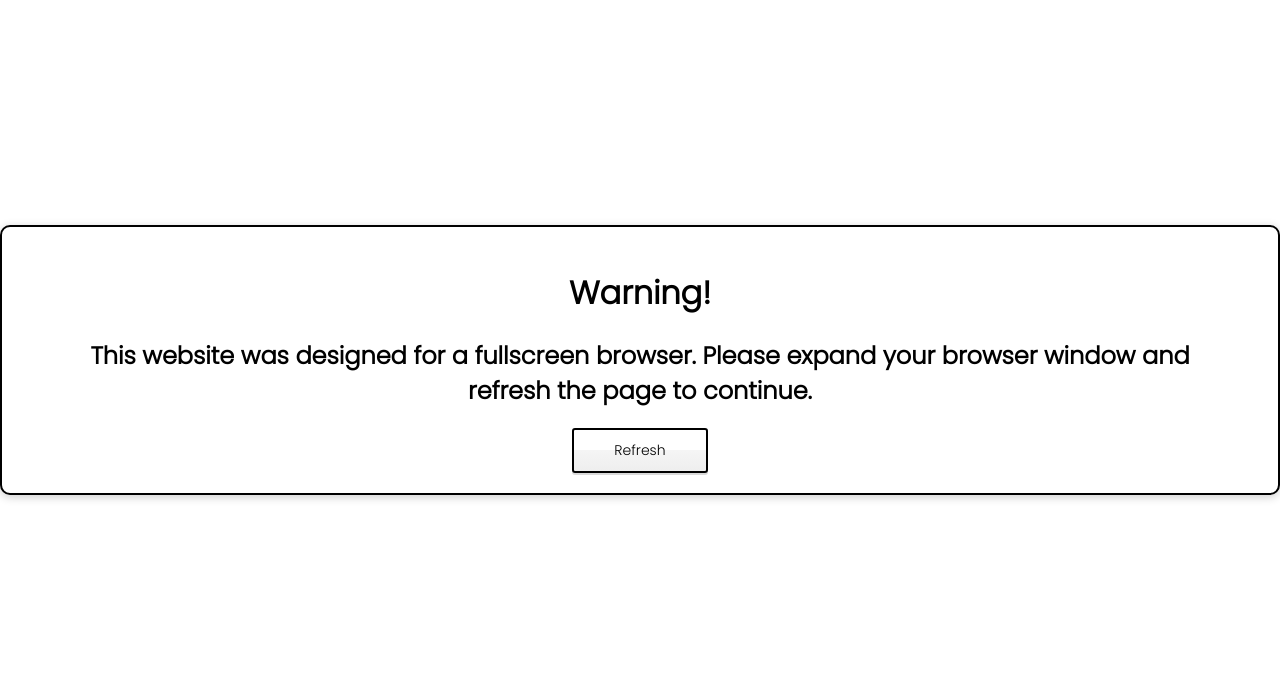
Repository: notMaximilian/maximilianaquino.github.io
Page: index.html
The author's editor kept a copy of each file at every save. The page is drawn from the files as they stood at one save, then again after a run of saves.
The browser window is 1280 px wide. The pictures show the whole page.

Above is the page before, as saved 2022-02-04 09:40:27.
Console error: TypeError: Cannot read properties of null (reading 'style')

### index.html
<!DOCTYPE html>
<html lang="en">

<head>
  <meta charset="UTF-8">
  <meta name="viewport" content="width=device-width, initial-scale=1.0">
  <title>Max Aquino</title>
  <link rel="preconnect" href="https://fonts.googleapis.com">
  <link rel="preconnect" href="https://fonts.gstatic.com" crossorigin>
  <link href="https://fonts.googleapis.com/css2?family=Poppins:wght@300&display=swap" rel="stylesheet">
  <link rel="stylesheet" href="css/main.css">
</head>

<body>

  <div class="intro">
    <h1 class="name-header">
      <span class="name">Max</span><span class="name">imilian</span>
    </h1>
  </div>

  <div class="additional">

  </div>


  <div class="wrap">
    <div class="game-wrapper">
      <div class="game"></div>
      <img class="corners" src="img/corner-test.png">
      <div class="congratulations">
        <h1>Warning!</h1>
        <h2>This website was designed for a fullscreen browser. Please expand your browser window and refresh the page to continue. </h2>
        <button class="btn" onclick="window.location.reload()">Refresh</button>
      </div>
      <div class="game-over">
        <h1>GAME OVER</h1>
        <h2>You lost the game</h2>
        <button class="btn" onclick="window.location.reload()">Restart</button>
      </div>
    </div>
  </div>

  <!-- Maximilian Fade in and out -->


  <script src="js/app.js"></script>
  <!-- <script src="js/game.js"></script> -->
</body>

</html>

### css/main.css
html,
body {
  height: 100%;
  overflow: hidden;
}

body {
  margin: 0;
  font: 16px sans-serif;
}

.wrap {
  display: flex;
  flex-direction: column;
  height: 100%;
}


.game-wrapper {
  flex: 1;
  display: flex;
  justify-content: center;
  align-items: center;
  background: #ffffff;
}
.game {
  width: 100%;
  height: 100%;

  box-shadow: 0 2px 10px black;
  position: absolute;
}

@keyframes scroll-background {
  from {
    background-position-y: 0px;
  }
  to {
    background-position-y: 256px;
  }
}

.game .enemy {
  position: absolute;
  margin-left: -20px;
  margin-top: -18px;
  width: 40px;
}

.game .player {
  position: absolute;
  margin-left: -20px;
  width: 40px;
}

.game .laser {
  position: absolute;
  margin-left: -2.5px;
  height: 30px;
}

.game .enemy-laser {
  position: absolute;
  margin-left: -2.5px;
  height: 30px;
}

.congratulations {
  display: none;
  position: absolute;
  background: #ffffff;
  color: black;
  padding: 20px 50px;
  box-shadow: 0 2px 10px rgba(0, 0, 0, 0.2);
  border: 2px solid black;
  border-radius: 10px;
  text-align: center;
  animation: pop-in 1s;
  font-family: "Poppins", sans-serif;
}

.game-over {
  display: none;
  position: absolute;
  background: #6b1818;
  color: white;
  padding: 20px 50px;
  box-shadow: 0 2px 10px rgba(0, 0, 0, 0.2);
  border-radius: 10px;
  text-align: center;
  animation: pop-in 1s;
}

.btn {
  border: 2px solid black;
  border-radius: 3px;
  box-shadow: 0 2px rgba(0, 0, 0, 0.15);
  background: linear-gradient(
    to bottom,
    #fff 0%,
    #fff 49%,
    #f5f5f5 50%,
    #eee 100%
  );
  padding: 10px 40px;
  font-family: "Poppins", sans-serif;
  font-size: 14px;
}
@keyframes pop-in {
  0% {
    opacity: 0;
    transform: translate(0, -100px);
  }
  10% {
    opacity: 1;
  }
  50% {
    transform: translate(0, 30px);
  }
  100% {
    transform: translate(0, 0);
  }
}

.intro{
  position: fixed;
  z-index: 1;
  left: 0;
  top: 0;
  width: 100%;
  height: 100vh;
  background-color: black;
  transition: 1s;
}

.name-header{
  position: absolute;
  top: 40%;
  left: 50%;
  transform: translate(-50%, -50%);
  color: #ffffff;
}

.intro h1{
  font-family: "Poppins", sans-serif;
  font-size: 80px;
  margin: 0;
  padding: 0;
}

.name{
  position: relative;
  display: inline-block;
  bottom: -20px;
  opacity: 0;
}

.name.active{
  bottom: 0;
  opacity: 1;
  transition: ease-in-out 0.5s;
}

.name.fade{
  bottom: 150px;
  opacity: 0;
  transition: ease-in-out 0.5s;
}

.corners{
  width: 16vw;
  height: auto;
  transform: translate(-35, 30vh);
}

### js/app.js
const KEY_CODE_LEFT = 37;
const KEY_CODE_RIGHT = 39;
const KEY_CODE_SPACE = 32;
let inverted = false;
const WINDOW_WIDTH = window.innerWidth - 50;
const WINDOW_HEIGHT = window.innerHeight;

const ROCKET_WIDTH = 20;
const ROCKET_MAX_SPEED = 300.0;
const LASER_MAX_SPEED = 600.0;
const LASER_COOLDOWN = 0.5;
let rocketSpawn = false;
const HEADERS_PER_ROW = 10;
const HEADER_HORIZONTAL_PADDING = 80;
const HEADER_VERTICAL_PADDING = 70;
const HEADER_VERTICAL_SPACING = 80;
const HEADER_COOLDOWN = 5.0;


const WINDOW_STATE = {
    lastTime: Date.now(),
    leftPressed: false,
    rightPressed: false,
    spacePressed: false,
    rocketX: WINDOW_WIDTH / 2,
    rocketY: WINDOW_HEIGHT - 300,
    rocketCooldown: 0,
    lasers: [],
    headers: [],
    headerLasers: [],
    fullscreen: false
  };

function setSize($element, width){
    $element.style.width = `${width}vw`;
    $element.style.height = "auto";
  }

function setPosition(el, x, y) {
    if(el == null){console.log('NULL')
    return;}
    el.style.transform = `translate(${x}px, ${y}px)`;
}

function setHeaderPosition(el, x, y) {
  if(el == null){console.log('NULL')
  return;}
  el.style.transform = `translate(${x}vw, ${y}vh)`;
}

// create user controlled rocket for selecting header elements
function createRocket($container) {
    rocketSpawn = true;
    const $rocket = document.createElement("img");
    if(inverted == true){$rocket.src = "img/rocket-inverted.png";}
    else{$rocket.src = "img/rocket.png";}
    $rocket.className = "rocket";
    if (WINDOW_WIDTH + 50 == 1920){
      setSize($rocket,9)
    }
    else{
      setSize($rocket, 7)
    }

    WINDOW_STATE.rocketY = 440;
    $container.appendChild($rocket);
}

function destroyRocket($container, rocket) {
    rocketSpawn = false;
    $container.removeChild(rocket);
    WINDOW_STATE.finalState = true;
    const audio = new Audio("sound/sfx-lose.ogg");
    audio.play();
}

function sleep(milliseconds) {
  var start = new Date().getTime();
  for (var i = 0; i < 1e7; i++) {
    if ((new Date().getTime() - start) > milliseconds){
      break;
    }
  }
}


function rectsIntersect(r1, r2) {
    return !(
        r2.left > r1.right ||
        r2.right < r1.left ||
        r2.top > r1.bottom ||
        r2.bottom < r1.top
    );
}



function clamp(v, min, max) {
    if (v < min) {
      return min;
    } else if (v > max) {
      return max;
    } else {
      return v;
    }
}

function rand(min, max) {
    // if (min === undefined) min = 0;
    // if (max === undefined) max = 1;
    // return min + Math.random() * (max - min);
  }

  function updateRocket(dt, $container) {
    if (WINDOW_STATE.leftPressed) {
      WINDOW_STATE.rocketX -= dt * ROCKET_MAX_SPEED;
    }
    if (WINDOW_STATE.rightPressed) {
      WINDOW_STATE.rocketX += dt * ROCKET_MAX_SPEED;
    }



    WINDOW_STATE.rocketX = clamp(
      WINDOW_STATE.rocketX,
      ROCKET_WIDTH,
      WINDOW_WIDTH - ROCKET_WIDTH
    );


    if (WINDOW_STATE.spacePressed && WINDOW_STATE.rocketCooldown <= 0) {
      createLaser($container, WINDOW_STATE.rocketX - 79,  WINDOW_STATE.rocketY-20);
      console.log(WINDOW_STATE.rocketX)
      WINDOW_STATE.rocketCooldown = LASER_COOLDOWN;
    }
    if (WINDOW_STATE.rocketCooldown > 0) {
      WINDOW_STATE.rocketCooldown -= dt;
    }

    const rocket = document.querySelector(".rocket");
    if(rocket == null){return;}
    setPosition(rocket, WINDOW_STATE.rocketX, WINDOW_STATE.rocketY + 200);
  }

  function createLaser($container, x, y) {
    if(rocketSpawn == false) {return;}
    const $element = document.createElement("img");
    console.log($element)
    if(inverted == true){$element.src="img/laser-inverted.png"}
    else{$element.src = "img/laser.png";}
    $element.className = "laser";
    $element.style.position = "absolute"
    $container.appendChild($element);
    const laser = { x, y, $element };
    WINDOW_STATE.lasers.push(laser);
    const audio = new Audio("sound/sfx-laser1.ogg");
    audio.play();
    setPosition($element, x, y);
  }

  function destroyHeader($container, header) {
    $container.removeChild(header.$element);
    header.isDead = true;
  }

  function destroyAll($container){
    const background = document.querySelector(".game-wrapper");
    background.style.background = 'white';
    const headers = WINDOW_STATE.headers;
    for (let x = 0; x < headers.length; x++){
      let head = headers[x];
      if (head.dead == true){continue}
      head.$element.style.opacity = 0;
      head.$element.style.transition = 'ease-in-out 0.5s';
      destroyHeader($container, head)
    }
    // destroyLaser($container, laser);
    const rocket = document.querySelector('.rocket')
    rocket.style.opacity = 0;
    rocket.style.transition = 'ease-in-out 0.5s'
    destroyRocket($container, rocket)
    WINDOW_STATE.lasers = WINDOW_STATE.lasers.filter(e => !e.isDead);
  }

  function updateLasers(dt, $container) {
    if(rocketSpawn == false) {return;}
    const lasers = WINDOW_STATE.lasers;
    for (let i = 0; i < lasers.length; i++) {
      const laser = lasers[i];
      laser.y -= dt * LASER_MAX_SPEED;
      if (laser.y < 0) {
        destroyLaser($container, laser);
      }
      setPosition(laser.$element, laser.x, laser.y);
      const r1 = laser.$element.getBoundingClientRect();
      const headers = WINDOW_STATE.headers;
      for (let j = 0; j < headers.length; j++) {
        const header = headers[j];
        if (header.isDead) continue;
        const r2 = header.$element.getBoundingClientRect();
        if (rectsIntersect(r1, r2)) {
          if (header.name == 'more' || header.name == 'back'){

              for (let x = 0; x < headers.length; x++){
              let head = headers[x];
              if (head.dead == true){continue}
              head.$element.style.opacity = 0;
              head.$element.style.transition = 'ease-in-out 0.5s';
              destroyHeader($container, head)
            }
            destroyLaser($container, laser);

            const rocket = document.querySelector('.rocket')
            rocket.style.opacity = 0;
            rocket.style.transition = 'ease-in-out 0.5s'
            destroyRocket($container, rocket)

            console.log(inverted)
            if(inverted == false){
              setTimeout(()=>{
                initInvert($container)
              },10)
            }
            else{
              setTimeout(()=>{
                init()
              },10)
            }
            WINDOW_STATE.lasers = WINDOW_STATE.lasers.filter(e => !e.isDead);
            return;
          }
        if (header.name == 'project'){
          WINDOW_STATE.fullscreen = false;
        }
          destroyHeader($container, header);

          break;
        }
      }
    }
    WINDOW_STATE.lasers = WINDOW_STATE.lasers.filter(e => !e.isDead);
  }

function destroyLaser($container, laser) {
    console.log('attempting to destroy')
    $container.removeChild(laser.$element);
    laser.isDead = true;
}

function createHeader($container, name, x, y, i, size) {

    let $element = document.createElement("img");
    let img = i;
    $element.src = img;
    $element.className = "header";
    $element.style.position = "absolute";
    setHeaderPosition($element, x, y);
    setSize($element, size)
    $element.style.transition = "all .2s ease-in-out";


    let header = {
        x,
        y,
        cooldown: rand(0.5, HEADER_COOLDOWN),
        $element,
        name,
        dead: false
    };

    // header.$element.addEventListener('mouseenter', ()=>{
    //   if (name == "about"){
    //     $element.style.width = "450px";
    //   }
    //   else if(name == "skills"){
    //     $element.style.width = "230px"
    //   }
    //   else if(name == "project"){
    //     $element.style.width = "350px"
    //   }
    //   else if(name == "more"){
    //     $element.style.width = "250px"
    //   }
    // })

    // header.$element.addEventListener('mouseleave', ()=>{
    //   if (name == "about"){
    //     $element.style.width = "400px"
    //   }
    //   else if(name == "skills"){
    //     $element.style.width = "180px"
    //   }
    //   else if(name == "project"){
    //     $element.style.width = "300px"
    //   }
    //   else if(name == "more"){
    //     $element.style.width = "200px"
    //   }

    // })

    $container.appendChild($element);
    WINDOW_STATE.headers.push(header);
  }

  function updateHeaders(dt, $container) {
    const dx = Math.sin(WINDOW_STATE.lastTime / 1000.0) * 50;
    const dy = Math.cos(WINDOW_STATE.lastTime / 1000.0) * 10;

    const headers = WINDOW_STATE.headers;
    for (let i = 0; i < headers.length; i++) {
      const header = headers[i];
      const x = header.x + dx;
      const y = header.y + dy;
    //   setPosition(header.$element, x, y);
      header.cooldown -= dt;
      if (header.cooldown <= 0) {
        createHeaderLaser($container, x, y);
        header.cooldown = HEADER_COOLDOWN;
      }
    }
    WINDOW_STATE.headers = WINDOW_STATE.headers.filter(e => !e.isDead);
  }



  function createHeaderLaser($container, x, y) {
    const $element = document.createElement("img");
    $element.src = "img/laser-red-5.png";
    $element.className = "header-laser";
    $container.appendChild($element);
    const laser = { x, y, $element };
    WINDOW_STATE.headerLasers.push(laser);
    setPosition($element, x, y);
  }

  function updateheaderLasers(dt, $container) {
    const lasers = WINDOW_STATE.headerLasers;
    for (let i = 0; i < lasers.length; i++) {
      const laser = lasers[i];
      laser.y += dt * LASER_MAX_SPEED;
      if (laser.y > WINDOW_HEIGHT) {
        destroyLaser($container, laser);
      }
      setPosition(laser.$element, laser.x, laser.y);
      const r1 = laser.$element.getBoundingClientRect();
      const rocket = document.querySelector(".rocket");
      const r2 = rocket.getBoundingClientRect();
      if (rectsIntersect(r1, r2)) {
        // Rocket was hit
        destroyRocket($container, rocket);
        break;
      }
    }
    WINDOW_STATE.headerLasers = WINDOW_STATE.headerLasers.filter(e => !e.isDead);
  }

  function init() {
    document.body.style.zoom = (window.innerWidth / window.outerWidth)
    inverted = false;
    const width = WINDOW_WIDTH + 50;
    const background = document.querySelector(".game-wrapper");
    console.log(width);
    if (width >= 1920){
      // background.style.backgroundImage = "url('img/background-white.png')";
      WINDOW_STATE.fullscreen = true;
    }
    else if (width == 1366){
      // background.style.backgroundImage = "url('img/background-white-1366x768.png')";
      WINDOW_STATE.fullscreen = true;
    }
    else{
      WINDOW_STATE.fullscreen == false
      document.querySelector(".congratulations").style.display = "block";
      return;
    }


    const $container = document.querySelector(".game");
    createRocket($container);
    createHeader($container, 'project', 10 -2.5, 20 , 'img/card2.png', 17);
    createHeader($container, 'about', 30 -2.5, 18, 'img/card1.png', 23);
    createHeader($container, 'skills', 56 -2.5, 19.5, 'img/card5.png', 10);
    createHeader($container, 'more', 70 -2.5, 19.5, 'img/card4.png', 10);
  }

  function initInvert($container,x ,y){
    inverted = true;
    const background = document.querySelector(".game-wrapper");
    const width = WINDOW_WIDTH + 50;
    console.log(width)
    if (width >= 1920){
      background.style.backgroundImage = "url('img/background-black.png')";
      WINDOW_STATE.fullscreen = true;
    }
    else if (width == 1366){
      background.style.backgroundImage = "url('img/background-black-1366x768.png')";
      WINDOW_STATE.fullscreen = true;
    }
    else{
      WINDOW_STATE.fullscreen == false
      document.querySelector(".congratulations").style.display = "block";
      return;
    }
    createRocket($container);
    createHeader($container, '2', 10 -2.5, 20 , 'img/inverted-card2.png', 17);
    createHeader($container, '1', 30 -2.5, 18 , 'img/inverted-card1.png', 23);
    createHeader($container, '3', 56 -2.5, 19.5 , 'img/inverted-card5.png', 10);
    createHeader($container, 'back', 70 -2.5, 19.5, 'img/inverted-card4.png', 10);
  }


  function rocketHasWon() {
    // return WINDOW_STATE.headers.length === 0;
  }


  function update(e) {
    const currentTime = Date.now();
    const $container = document.querySelector(".game");

    const dt = (currentTime - WINDOW_STATE.lastTime) / 1000.0;

    if (WINDOW_STATE.fullscreen == false) {
      destroyAll($container)
      // document.querySelector(".congratulations").style.display = "block";

      return;
    }

    // if (rocketHasWon()) {
    //   document.querySelector(".congratulations").style.display = "block";

    //   return;
    // }


    updateRocket(dt, $container);
    updateLasers(dt, $container);
    updateHeaders(dt, $container);
    updateheaderLasers(dt, $container);

    WINDOW_STATE.lastTime = currentTime;
    window.requestAnimationFrame(update);
  }

  function onKeyDown(e) {
    if (e.keyCode === KEY_CODE_LEFT ) {
      WINDOW_STATE.leftPressed = true;
    } else if (e.keyCode === KEY_CODE_RIGHT) {
      WINDOW_STATE.rightPressed = true;
    } else if (e.keyCode === KEY_CODE_SPACE) {
      WINDOW_STATE.spacePressed = true;
    }
  }

  function onKeyUp(e) {
    if (e.keyCode === KEY_CODE_LEFT) {
      WINDOW_STATE.leftPressed = false;
    } else if (e.keyCode === KEY_CODE_RIGHT) {
      WINDOW_STATE.rightPressed = false;
    } else if (e.keyCode === KEY_CODE_SPACE) {
      WINDOW_STATE.spacePressed = false;
    }
  }


intro = document.querySelector('.intro')
let name = document.querySelector('.name-header')
let logoSpan = document.querySelectorAll('.name')

 window.addEventListener('DOMContentLoaded', () =>{

    setTimeout(()=>{
        logoSpan.forEach((span, idx)=>{
            setTimeout(()=>{
                span.classList.add('active')
            }, (idx + 1) * 400)
        })


        setTimeout(()=>{
            logoSpan.forEach((span, idx)=>{
                setTimeout(()=>{
                    span.classList.remove('active')
                    span.classList.add('fade')
                }, (idx + 1) * 400)
            })
        },2000)

        setTimeout(()=>{
            intro.style.top = '-100vh';
            window.addEventListener("keydown", onKeyDown);
            window.addEventListener("keyup", onKeyUp);
            window.requestAnimationFrame(update);
            init();
        }, 2300)

    })
 })

After the next 2 saves:
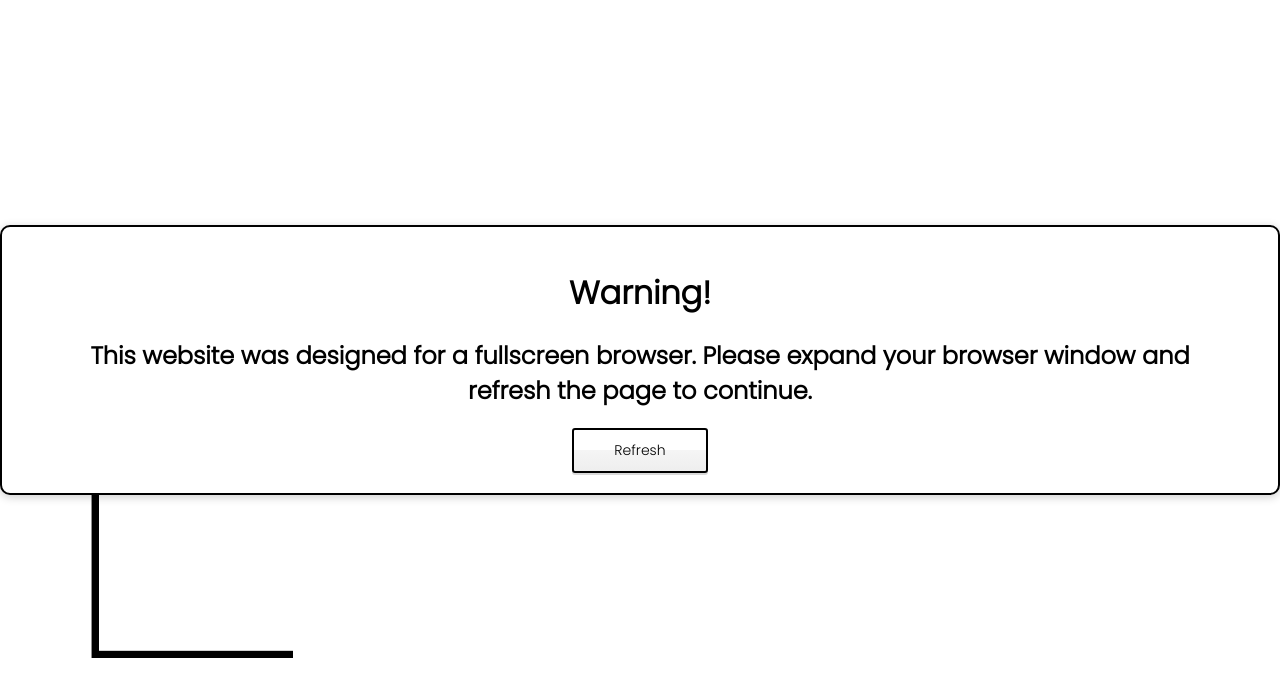
The 2 saves are shown as one change because they came seconds apart.
The last was saved 10 s later.
--- a/css/main.css
+++ b/css/main.css
@@ -170,5 +170,5 @@ body {
 .corners{
   width: 16vw;
   height: auto;
-  transform: translate(-35, 30vh);
+  transform: translate(-35vw, 26vh);
 }
